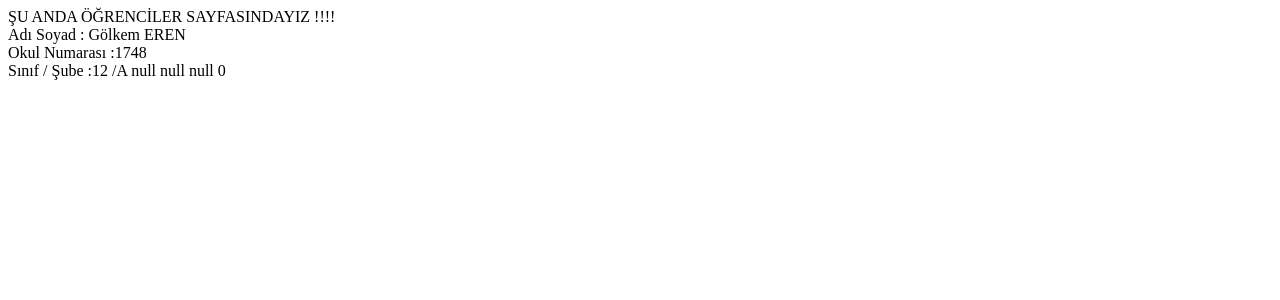
Repository: golkemeren/IleriJava101Java201Java301
Page: http://localhost/Displatcher_10/ogrenciler
An editor plug-in stored every save of this project. The page is shown before and after the next save, followed by the edit.
The browser window is 1280 px wide. The pictures show the whole page.
The page is served by Tomcat 10. Other server files are loaded and not shown.

Above is the page before, as saved 2023-03-23 01:53:10.

### Displatcher_10/src/main/webapp/jspUseBean/ogrenciler.jsp
<%@ page import="bean.pojo.Ogrenci" %>
<%@ page language="java" contentType="text/html; charset=UTF-8"
    pageEncoding="UTF-8"%>

<!DOCTYPE html>
<html>
<head>
<meta charset="UTF-8">



<title>Öğrenciler</title>
</head>
<body>

ŞU ANDA ÖĞRENCİLER SAYFASINDAYIZ !!!!

 <br>
 <% Ogrenci o = (Ogrenci)request.getAttribute("ogrenci"); %>
 <%=   "Adı Soyad : " + o.getAd() + " " + o.getSoyad()+ "<br>" %>
 <%=   "Okul Numarası :" + o.getNo() + "<br>"  %>
 <%=  " Sınıf / Şube :" + o.getSinif() + " /" +o.getSube() %>

<jsp:useBean id="ogrenci" class = "bean.pojo.Ogrenci"></jsp:useBean>
<jsp:getProperty property="no" name="ogrenci"/>
<jsp:getProperty property="ad" name="ogrenci"/>
<jsp:getProperty property="soyad" name="ogrenci"/>
<jsp:getProperty property="sinif" name="ogrenci"/>
<jsp:getProperty property="sube" name="ogrenci"/>
</body>

</html>

### Displatcher_10/src/main/java/bean/servlet/StartUp.java
package bean.servlet;

import java.io.IOException;

import bean.pojo.Ogrenci;
import jakarta.servlet.RequestDispatcher;
import jakarta.servlet.ServletException;
import jakarta.servlet.annotation.WebServlet;
import jakarta.servlet.http.HttpServlet;
import jakarta.servlet.http.HttpServletRequest;
import jakarta.servlet.http.HttpServletResponse;


@WebServlet (urlPatterns = {"/ogrenciler"})
public class StartUp extends HttpServlet {
 @Override
protected void doGet(HttpServletRequest req, HttpServletResponse resp) throws ServletException, IOException {

	// String bilgi = "ogrenciler servletinden geldim";
     //req.setAttribute("info", bilgi );

	 Ogrenci ogrenci = new Ogrenci("1748","Gölkem","EREN",12,'A');
	 req.setAttribute("ogrenci", ogrenci);

	 RequestDispatcher dispatcher = req.getRequestDispatcher("jspUseBean/ogrenciler.jsp");
    dispatcher.forward(req, resp);

 }

}

### Displatcher_10/src/main/java/bean/pojo/Ogrenci.java
package bean.pojo;

public class Ogrenci {
private String no;
private String ad;
private String soyad ;
private int sinif ;
private char sube ;

public Ogrenci() {


}


public Ogrenci(String no, String ad, String soyad, int sinif, char sube) {

	this.no = no;
	this.ad = ad;
	this.soyad = soyad;
	this.sinif = sinif;
	this.sube = sube;
}


public String getNo() {
	return no;
}
public void setNo(String no) {
	this.no = no;
}
public String getAd() {
	return ad;
}
public void setAd(String ad) {
	this.ad = ad;
}
public String getSoyad() {
	return soyad;
}
public void setSoyad(String soyad) {
	this.soyad = soyad;
}
public int getSinif() {
	return sinif;
}
public void setSinif(int sinif) {
	this.sinif = sinif;
}
public char getSube() {
	return sube;
}
public void setSube(char sube) {
	this.sube = sube;
}




}

After the next save:
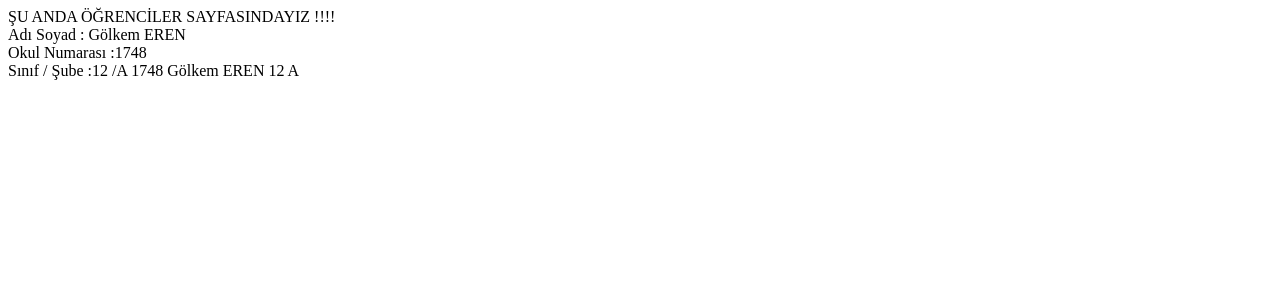
Saved 57 s later.
--- a/Displatcher_10/src/main/webapp/jspUseBean/ogrenciler.jsp
+++ b/Displatcher_10/src/main/webapp/jspUseBean/ogrenciler.jsp
@@ -21,7 +21,7 @@
  <%=   "Okul Numarası :" + o.getNo() + "<br>"  %>
  <%=  " Sınıf / Şube :" + o.getSinif() + " /" +o.getSube() %>
 
-<jsp:useBean id="ogrenci" class = "bean.pojo.Ogrenci"></jsp:useBean>
+<jsp:useBean id="ogrenci" class = "bean.pojo.Ogrenci" scope = "request"></jsp:useBean>
 <jsp:getProperty property="no" name="ogrenci"/>
 <jsp:getProperty property="ad" name="ogrenci"/>
 <jsp:getProperty property="soyad" name="ogrenci"/>
